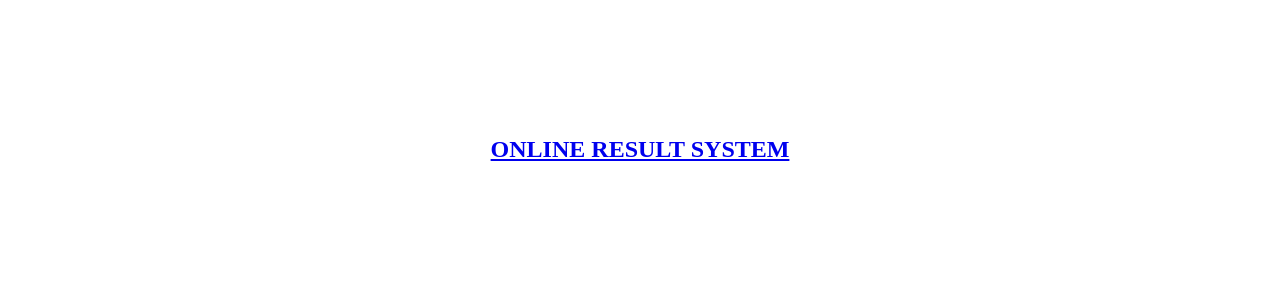
Repository: Kapildudhe123/SpringMVC
Page: http://localhost/spring-mvc-01/
An editor plug-in stored every save of this project. The page is shown before and after the next save, followed by the edit.
The browser window is 1280 px wide. The pictures show the whole page.
The page is served by Tomcat 9.

Above is the page before, as saved 2024-04-03 03:32:26.

After the next save:
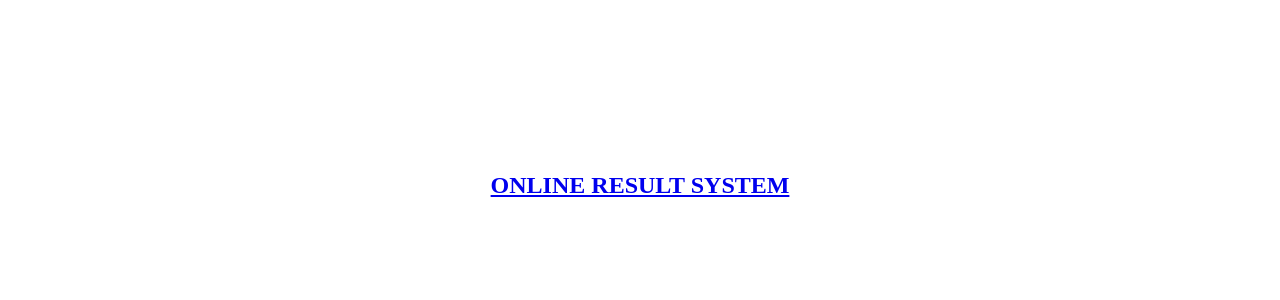
Saved 9 s later.
--- a/SpringMVC/spring-mvc-01/src/main/webapp/index.jsp
+++ b/SpringMVC/spring-mvc-01/src/main/webapp/index.jsp
@@ -1,6 +1,6 @@
 <html>
 <body><br>
-<br><br><br><br><br><center>
+<br><br><br><br><br><br><br><center>
 <h2><a href="Login"><style>
 </style>ONLINE RESULT SYSTEM</a></h2>
 </center>
